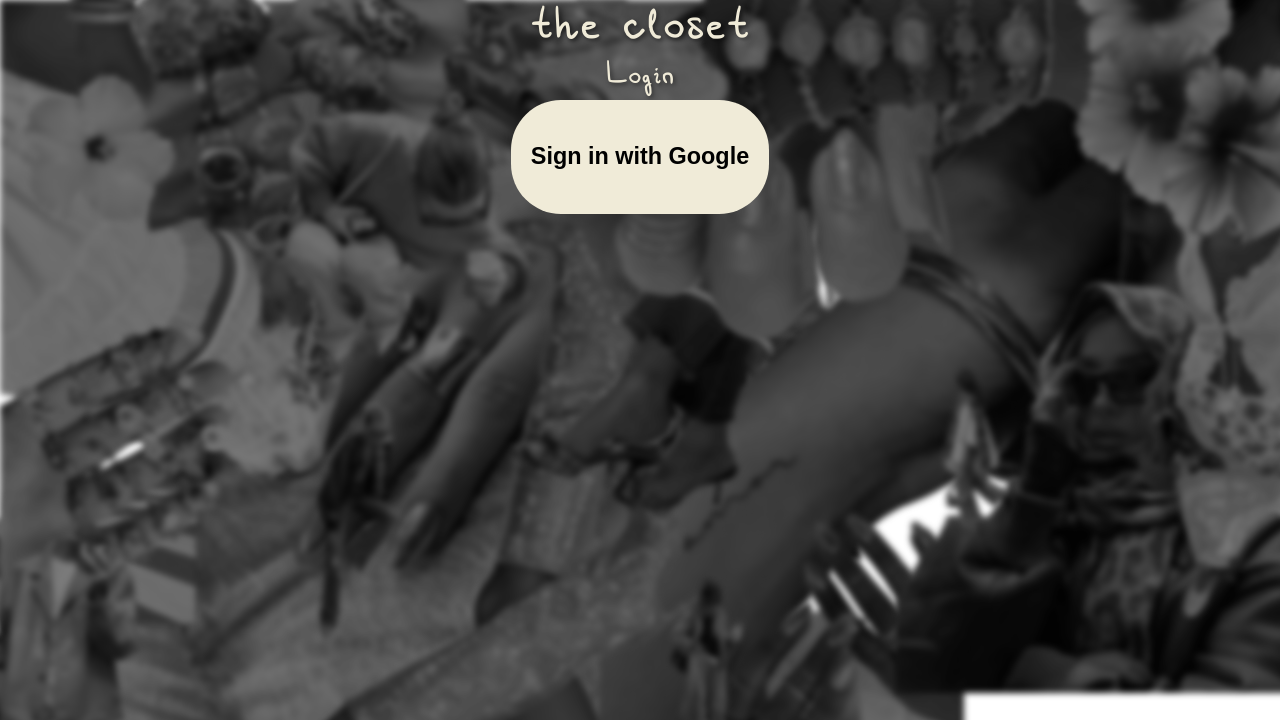
Repository: karla-sikavica/theCloset
Page: / (app in frontend/)
These files come from the project's save history. The page is drawn as it stood at one moment and after the next save; the edit follows.
The browser window is 1280 px wide. The pictures show the whole page.
The project was rebuilt for these pictures with package versions that can differ from the ones it lists, and the page was loaded fresh each time. Also part of the build but not shown: frontend/vite.config.ts.

Above is the page before, as saved 2025-03-29 16:51:34.

### frontend/src/index.css
@font-face {
  font-family: 'Kalla';
  src: url('/fonts/Kalla-Regular.ttf') format('truetype');
  font-weight: 400;
  font-style: normal;
}

:root {
  font-family: 'Kalla', monospace, Avenir, Helvetica, Arial, sans-serif;
  line-height: 50px;
  font-weight: 400;
  display: block;


  font-synthesis: none;
  text-rendering: optimizeLegibility;
  -webkit-font-smoothing: antialiased;
  -moz-osx-font-smoothing: grayscale;
}

### frontend/src/App.tsx
import { BrowserRouter as Router, Routes, Route } from "react-router-dom";
import "./App.css";
import Login from "./pages/Login";
import Collage from "./components/ui/Collage";

function App() {
  return (
    <Router>
      <Collage />

      <div className="main-content">
        <Routes>
          <Route path="/" element={<Login></Login>} />
          <Route path="/login" element={<Login />} />
        </Routes>
      </div>
    </Router>
  );
}

export default App;

### frontend/src/App.css
#root {
  max-width: 1280px;
  margin: 0 auto;
  padding: 2rem;
  text-align: center;
}

body {
  color:#f0ebd8  ;
  text-shadow: 2px 2px 4px rgba(0, 0, 0, 0.5);
}

body, html, #root {
  margin: 0;
  padding: 0;
  height: 100%;
  width: 100%;
  overflow: hidden;
}

/* Optional: to make sure your app content appears above the collage */
.main-content {
  z-index: 10;

   position: relative;
  /*pointer-events: auto;
  height: 100%; */
}

/*
body::before {
  content: "";
  position: fixed;
  top: 0;
  left: 0;
  width: 100vh;
  height: 100vw;
  background-image: url("/images/download.jpeg");
  background-repeat: no-repeat;
  background-size: cover;
  background-position: center;
  transform: rotate(270deg) translate(-100vh, 0);
  transform-origin: top left;
  z-index: -1;
}

body::after {
  content: "";
  position: fixed;
  top: 0;
  left: 0;
  width: 100vw;
  height: 100vh;
  /* background: rgba(50, 30, 10, 0.6); */
/*   z-index: -1;
 *//* */

### frontend/src/pages/Login.tsx
import GoogleLogin from "../components/ui/GoogleLogin";

function Login() {
  return (
    <div style={{ margin: "auto" }}>
      <h1 style={{ fontSize: 100, margin: 0 }}>the closet</h1>
      <h2 style={{ fontSize: 60, margin: 0 }}>Login</h2>
      <div style={{ textAlign: "center" }}>
        <GoogleLogin></GoogleLogin>
      </div>
    </div>
  );
}

export default Login;

### frontend/src/components/ui/Collage.tsx
import React, { useEffect, useRef } from "react";
import "../css/Collage.css";

/* const imageCount = 32;
 */
type CollageImage = {
  src: string;
  top: string;
  left: string;
  width: string;
  rotate?: string;
  zIndex?: number;
};

const collageConfig: CollageImage[] = [
  {
    src: "/images/photo%20(1).png",
    top: "45%",
    left: "0%",
    width: "250px",
    rotate: "0deg",
    zIndex: 2,
  },
  {
    src: "/images/photo%20(2).png",
    top: "30%",
    left: "25%",
    width: "400px",
    rotate: "0deg",
    zIndex: 1,
  },
  {
    src: "/images/photo%20(3).png",
    top: "18%",
    left: "40%",
    width: "350px",
    rotate: "0deg",
    zIndex: 0,
  },
  {
    src: "/images/photo%20(4).png",
    top: "-5%",
    left: "55%",
    width: "400px",
    rotate: "0deg",
    zIndex: 2,
  },
  {
    src: "/images/photo%20(5).png",
    top: "30%",
    left: "40%",
    width: "260px",
    rotate: "0deg",
    zIndex: 1,
  },
  {
    src: "/images/photo%20(6).png",
    top: "10%",
    left: "18%",
    width: "300px",
    rotate: "0deg",
    zIndex: 4,
  },
  {
    src: "/images/photo%20(7).png",
    top: "38%",
    left: "70%",
    width: "400px",
    rotate: "0deg",
    zIndex: 1,
  },
  {
    src: "/images/photo%20(8).png",
    top: "0%",
    left: "0%",
    width: "350px",
    rotate: "0deg",
    zIndex: 1,
  },
  {
    src: "/images/photo%20(9).png",
    top: "0%",
    left: "35%",
    width: "280px",
    rotate: "-6deg",
    zIndex: 3,
  },
  {
    src: "/images/photo%20(10).png",
    top: "42%",
    left: "20%",
    width: "200px",
    rotate: "15deg",
    zIndex: 1,
  },
  {
    src: "/images/photo%20(11).png",
    top: "-20%",
    left: "70%",
    width: "400px",
    rotate: "0deg",
    zIndex: 0,
  },
  {
    src: "/images/photo%20(12).png",
    top: "-20%",
    left: "10%",
    width: "350px",
    rotate: "-9deg",
    zIndex: 1,
  },
  {
    src: "/images/photo%20(13).png",
    top: "0%",
    left: "6%",
    width: "550px",
    rotate: "0deg",
    zIndex: 0,
  },
  {
    src: "/images/photo%20(14).png",
    top: "50%",
    left: "-5%",
    width: "260px",
    rotate: "0deg",
    zIndex: 0,
  },
  {
    src: "/images/photo%20(15).png",
    top: "45%",
    left: "70%",
    width: "170px",
    rotate: "-8deg",
    zIndex: 1,
  },
  {
    src: "/images/photo%20(16).png",
    top: "3%",
    left: "48%",
    width: "500px",
    rotate: "3deg",
    zIndex: 0,
  },
  {
    src: "/images/photo%20(17).png",
    top: "0%",
    left: "45%",
    width: "380px",
    rotate: "0deg",
    zIndex: 1,
  },
  {
    src: "/images/photo%20(18).png",
    top: "75%",
    left: "-3%",
    width: "200px",
    rotate: "10deg",
    zIndex: 3,
  },
  {
    src: "/images/photo%20(19).png",
    top: "22%",
    left: "86%",
    width: "290px",
    rotate: "0deg",
    zIndex: 2,
  },
  {
    src: "/images/photo%20(30).png",
    top: "-20%",
    left: "80%",
    width: "300px",
    rotate: "-27deg",
    zIndex: 3,
  },
  {
    src: "/images/photo%20(29).png",
    top: "-5%",
    left: "-2%",
    width: "270px",
    rotate: "150deg",
    zIndex: 3,
  },
  {
    src: "/images/photo%20(22).png",
    top: "65%",
    left: "55%",
    width: "260px",
    rotate: "180deg",
    zIndex: 0,
  },
  {
    src: "/images/photo%20(25).png",
    top: "80%",
    left: "52%",
    width: "80px",
    rotate: "0deg",
    zIndex: 2,
  } /*,
  {
    src: "/images/photo%20(24).png",
    top: "15%",
    left: "50%",
    width: "190px",
    rotate: "6deg",
    zIndex: 1,
  },
  {
    src: "/images/photo%20(25).png",
    top: "10%",
    left: "30%",
    width: "160px",
    rotate: "-4deg",
    zIndex: 3,
  },
  {
    src: "/images/photo%20(26).png",
    top: "40%",
    left: "50%",
    width: "170px",
    rotate: "11deg",
    zIndex: 2,
  },
  {
    src: "/images/photo%20(27).png",
    top: "50%",
    left: "75%",
    width: "180px",
    rotate: "-9deg",
    zIndex: 1,
  },
  {
    src: "/images/photo%20(28).png",
    top: "35%",
    left: "10%",
    width: "200px",
    rotate: "4deg",
    zIndex: 2,
  },
  {
    src: "/images/photo%20(29).png",
    top: "25%",
    left: "65%",
    width: "190px",
    rotate: "-5deg",
    zIndex: 3,
  },
  {
    src: "/images/photo%20(30).png",
    top: "70%",
    left: "85%",
    width: "160px",
    rotate: "6deg",
    zIndex: 1,
  },
  {
    src: "/images/photo%20(31).png",
    top: "80%",
    left: "35%",
    width: "170px",
    rotate: "-3deg",
    zIndex: 2,
  },
  {
    src: "/images/photo%20(32).png",
    top: "90%",
    left: "50%",
    width: "180px",
    rotate: "8deg",
    zIndex: 3,
  }, */,
];

const Collage: React.FC = () => {
  return (
    <div className="collage-background">
      {collageConfig.map((img, index) => (
        <img
          key={index}
          src={img.src}
          alt={`collage-img-${index}`}
          className="collage-img"
          style={{
            top: img.top,
            left: img.left,
            width: img.width,
            transform: `rotate(${img.rotate || "0deg"})`,
            zIndex: img.zIndex || 0,
          }}
        />
      ))}
    </div>
  );
};

export default Collage;

/*
const Collage: React.FC = () => {
  const containerRef = useRef<HTMLDivElement>(null);

  useEffect(() => {
    const container = containerRef.current;
    if (!container) return;

    const imgs = container.querySelectorAll("img");
    imgs.forEach((img) => {
      const x = Math.random() * 100;
      const y = Math.random() * 100;
      const rotate = Math.random() * 20 - 10; // rotate between -10 and +10 degrees
      const z = Math.floor(Math.random() * 10); // random z-index

      img.style.top = `${y}vh`;
      img.style.left = `${x}vw`;
      img.style.transform = `rotate(${rotate}deg)`;
      img.style.zIndex = z.toString();
    });
  }, []);

  return (
    <div className="collage-background" ref={containerRef}>
      {[...Array(imageCount)].map((_, index) => (
        <img
          key={index}
          src={`/images/photo%20(${index + 1}).png`}
          alt={`collage-img-${index}`}
          className="collage-img"
        />
      ))}
    </div>
  );
};

export default Collage; */

### frontend/src/components/ui/GoogleLogin.tsx
// src/components/GoogleLogin.js
import { signInWithPopup } from "firebase/auth";
import { auth, googleProvider } from "../../firebase";
import GoogleButton from "./GoogleButton";

function GoogleLogin() {
  const handleGoogleLogin = async () => {
    try {
      const result = await signInWithPopup(auth, googleProvider);
      const user = result.user;

      const token = await user.getIdToken();
      console.log("✅ Google login successful! Token:", token);

      const res = await fetch("http://localhost:8080/users", {
        headers: {
          Authorization: `Bearer ${token}`,
        },
      });

      const data = await res.json();
      console.log("Backend response:", data);
    } catch (error: any) {
      console.error("❌ Google login error:", error.message);
    }
  };

  return (
    <div>
      <GoogleButton onClick={handleGoogleLogin}>
        Sign in with Google
      </GoogleButton>{" "}
    </div>
  );
}

export default GoogleLogin;

### frontend/src/components/css/Collage.css

  .collage-background {
    position: fixed;
    top: 0;
    left: 0;
    width: 100vw;
    height: 100vh;
    overflow: hidden;
    z-index: 0;
    pointer-events: auto;
  }

  .collage-img {
    position: absolute;
    object-fit: contain;
    filter: grayscale(100%) blur(3px) brightness(0.5);
    pointer-events: auto;
    border: none;
  }

  .collage-img:hover {
    filter: grayscale(0%);

/*     border: 3px solid bisque;
 */  }

### frontend/src/firebase.ts
import { initializeApp } from "firebase/app";
import { getAuth, GoogleAuthProvider  } from "firebase/auth";

//import { getAnalytics } from "firebase/auth";

const firebaseConfig = {
  apiKey: "AIzaSyAbHQdx6UcrnGOItmjSgqMahJKQc3tssx8",
  authDomain: "thecloset-7ba5e.firebaseapp.com",
  projectId: "thecloset-7ba5e",
  storageBucket: "thecloset-7ba5e.firebasestorage.app",
  messagingSenderId: "77195632073",
  appId: "1:77195632073:web:69fd94b7e825471e71dc18",
  measurementId: "G-8GEFS4DWQG"
};

// Initialize Firebase
const app = initializeApp(firebaseConfig);
export const auth = getAuth(app);
export const googleProvider = new GoogleAuthProvider();


//const analytics = getAnalytics(app);

### frontend/src/components/ui/GoogleButton.tsx
import styles from "../css/GoogleButton.module.css";

interface Props {
  children: React.ReactNode;
  onClick: () => void;
}

const GoogleButton = ({ onClick, children }: Props) => {
  return (
    <button onClick={onClick} className={styles.googleButton}>
      <h3>{children}</h3>
    </button>
  );
};

export default GoogleButton;

### frontend/src/components/css/GoogleButton.module.css
.googleButton{
    border-radius: 50px;
    padding: 20px;
    background-color: #f0ebd8;
    font-size: 20px;
    border: none;
}

.googleButton:hover{
    background-color: #cfcbb9;
}

Loaded but not shown: frontend/index.html (common file); frontend/src/main.tsx (common file)

After the next save:
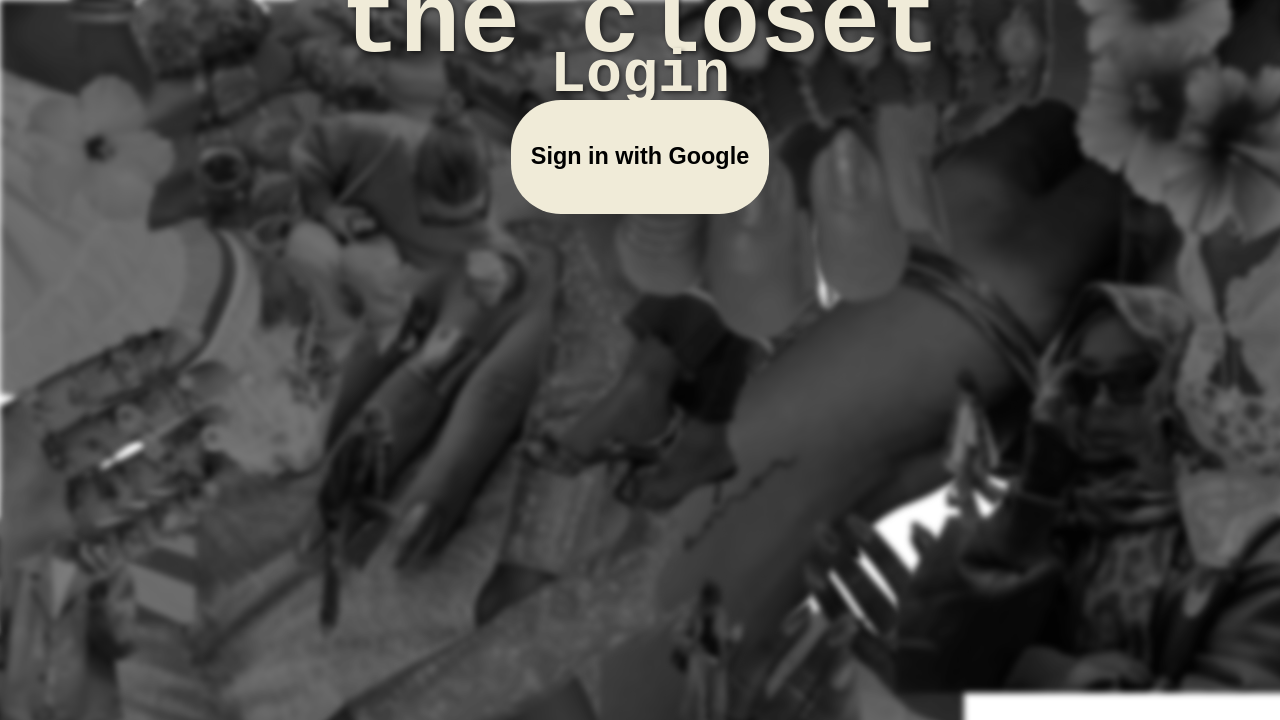
Saved 10 s later.
--- a/frontend/src/index.css
+++ b/frontend/src/index.css
@@ -6,7 +6,7 @@
 }
 
 :root {
-  font-family: 'Kalla', monospace, Avenir, Helvetica, Arial, sans-serif;
+  font-family:  monospace, Avenir, Helvetica, Arial, sans-serif;
   line-height: 50px;
   font-weight: 400;
   display: block;

After the save that followed:
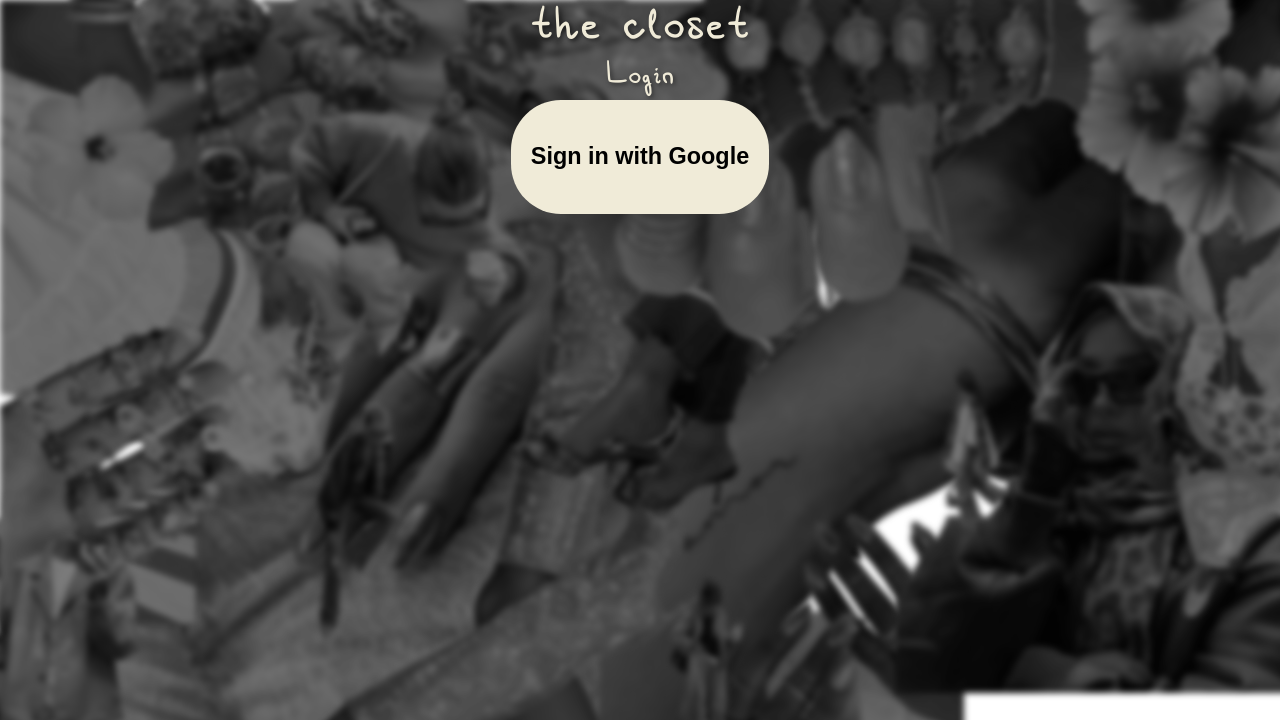
Saved 36 s later.
--- a/frontend/src/index.css
+++ b/frontend/src/index.css
@@ -6,7 +6,7 @@
 }
 
 :root {
-  font-family:  monospace, Avenir, Helvetica, Arial, sans-serif;
+  font-family: 'Kalla', 'Times New Roman', Avenir, Helvetica, Arial, sans-serif;
   line-height: 50px;
   font-weight: 400;
   display: block;
